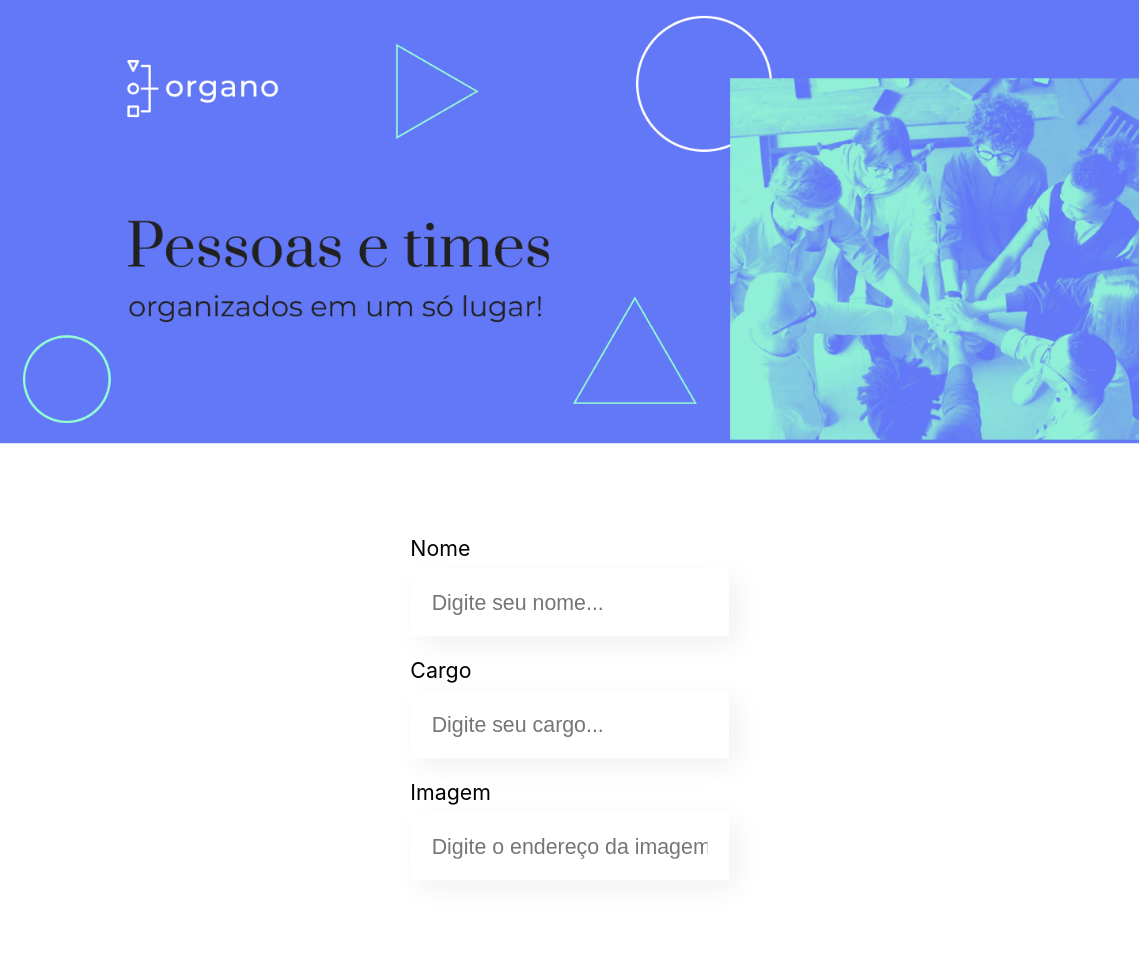
Repository: humbertobrasileiro/organo
Page: /
An editor plug-in stored every save of this project. The page is shown before and after the next save, followed by the edit.
The browser window is 1280 px wide. The pictures show the whole page, at 89% of full size.
The project was rebuilt for these pictures with package versions that can differ from the ones it lists, and the page was loaded fresh each time.

Above is the page before, as saved 2025-01-23 08:36:27.

### src/App.js
import Banner from './componentes/Banner';
import Formulario from './componentes/Formulario';

function App() {
  return (
    <div className="App">
      <Banner />
      <Formulario />
  </div>
  );
}

export default App;

### src/componentes/Formulario/index.js
import CampoTexto from '../CampoTexto'
import './Formulario.css'

const Formulario = () => {
  return (
    <section className="formulario">
      <form>
        <CampoTexto label="Nome" placeholder="Digite seu nome"/>
        <CampoTexto label="Cargo" placeholder="Digite seu cargo"/>
        <CampoTexto label="Imagem" placeholder="Digite o endereço da imagem"/>
      </form>
    </section>
  )
}

export default Formulario

### src/componentes/Banner/Banner.js
import './Banner.css'

export const Banner = () => {
  return (
    <header className="banner">
      <img src="/imagens/banner.png" alt="O banner principal da página do Organo" />
    </header>
  )
}

### src/componentes/CampoTexto/index.js
import './CampoTexto.css'

const CampoTexto = (props) => {
  const placeholderModificado = `${props.placeholder}...`
  return (
    <div className="campo-texto">
      <label>{props.label}</label>
      <input type="text" placeholder={placeholderModificado} />
    </div>
  )
}

export default CampoTexto

### src/componentes/Formulario/Formulario.css
.formulario {
  display: flex;
  justify-content: center;
  margin: 80px 0;
}

.formulario form {
  max-width: 80%;
}

### src/componentes/Banner/Banner.css
.banner {
  background-color: #6278F7;
  text-align: center;
}

.banner img {
  max-width: 100%;
}

### src/componentes/CampoTexto/CampoTexto.css
.campo-texto {
  margin: 24px 0;
}

.campo-texto label {
  display: block;
  margin-bottom: 8px;
  font-size: 24px;
}

.campo-texto input {
  background-color: #FFF;
  box-shadow: 10px 10px 30px rgba(0, 0, 0, 0.06);
  width: 100%;
  border: none;
  font-size: 24px;
  padding: 24px;
  box-sizing: border-box;
}

Loaded but not shown: public/index.html (common file); src/index.js (common file); src/index.css (common file); src/componentes/Banner/index.js (common file)

After the next save:
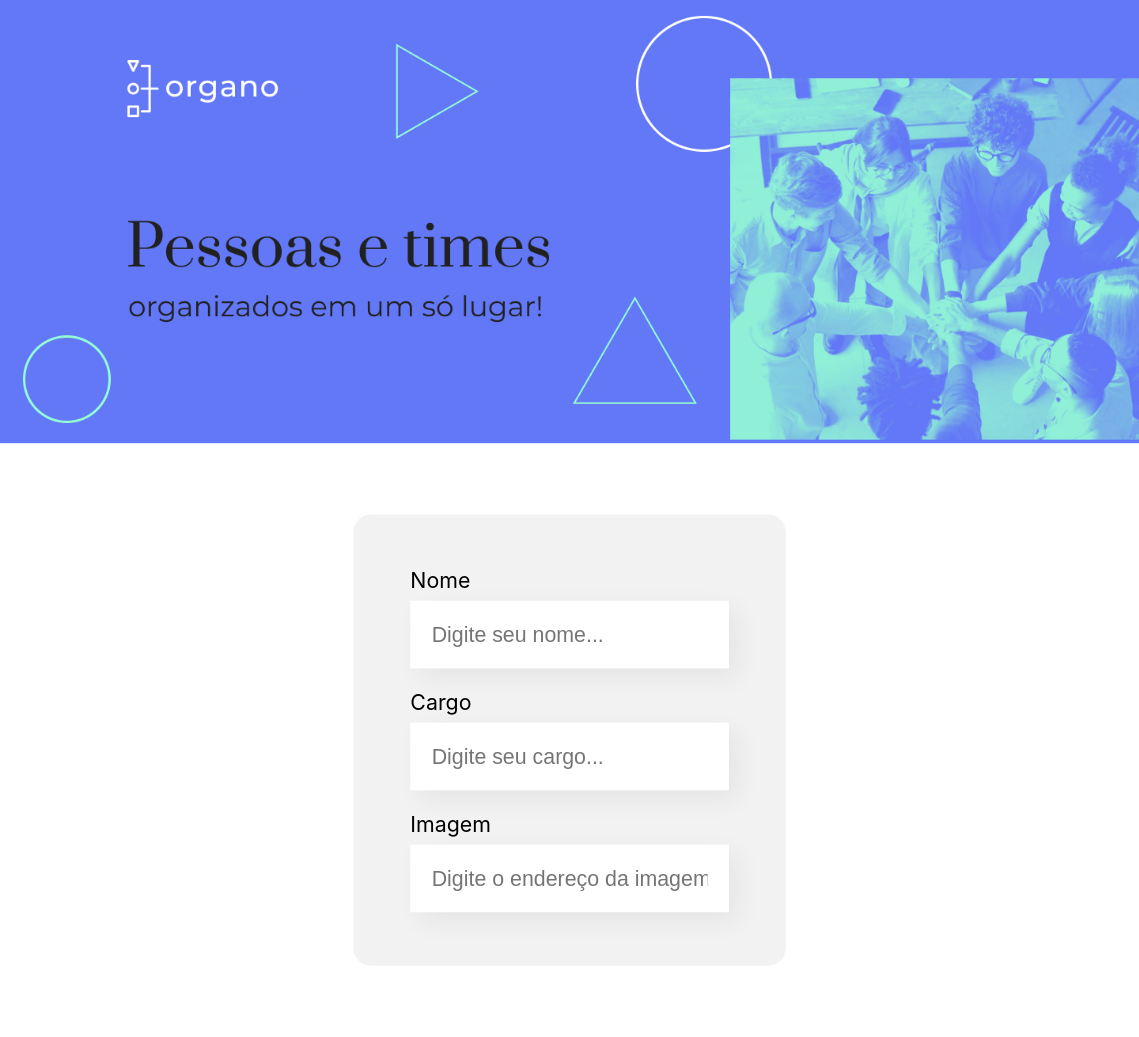
Saved 62 s later.
--- a/src/componentes/Formulario/Formulario.css
+++ b/src/componentes/Formulario/Formulario.css
@@ -6,4 +6,7 @@
 
 .formulario form {
   max-width: 80%;
+  background-color: #F2F2F2;
+  border-radius: 20px;
+  padding: 36px 64px;
 }
